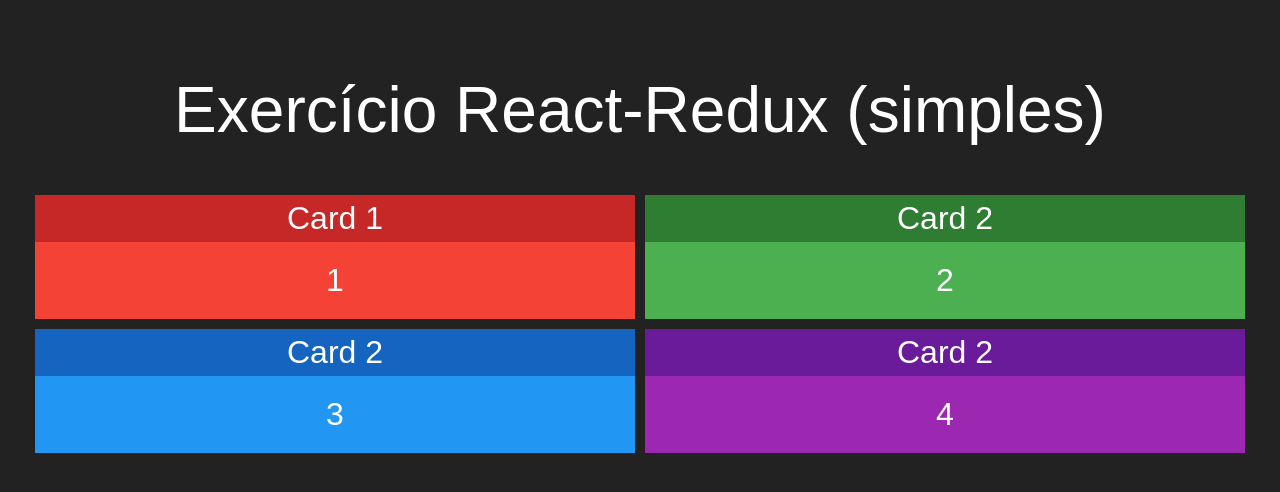
Repository: Henrique-Franca/Clear-Redux-Simples
Page: /
The author's editor kept a copy of each file at every save. The page is drawn from the files as they stood at one save, then again after the next save.
The browser window is 1280 px wide. The pictures show the whole page.
The project was rebuilt for these pictures with package versions that can differ from the ones it lists, and the page was loaded fresh each time.

Above is the page before, as saved 2022-11-22 07:39:26.

### src/index.css
body{
  background-color: #222;
  font-size: 2rem;
  font-family: Arial, Helvetica, sans-serif;
  color: #fff;
  margin: 30px;
}

### src/App.js
import './App.css';
import Card from './components/Card';
import React from 'react';

function App() {
  return (
    <div className="App">
      <h1>Exercício React-Redux (simples)</h1>

      <div className='linha'>
        <Card title="Card 1" red>
          1
        </Card>
        <Card title="Card 2" green>
          2
        </Card>
      </div>
      <div className='linha'>
        <Card title="Card 2" blue>
          3
        </Card>
        <Card title="Card 2" purple>
          4
        </Card>
      </div>
    </div>
  );
}

export default App;

### src/components/Card.jsx
import './Card.css'
import React from 'react'

function getColor(props){
    if(props.red) return "Red"
    if(props.blue) return "Blue"
    if(props.green) return "Green"
    if(props.purple) return "Purple"
    return ""
}

export default props=>{

    return (
        <div className={`Card ${getColor(props)}`}>

            <div className="Header">
                <span className='Title'>{props.title}</span>
            </div>
            <div className='Content'>
                {props.children}
            </div>

        </div>
    )

}

### src/components/Card.css
.Card {
    flex: 1;
    display: flex;
    flex-direction: column;
    margin: 5px;
}

.Card .Header {
    display: flex;
    justify-content: center;
}

.Card .Header .Title {
    flex: 1;
    padding: 5px;
}

.Card .Content {
    padding: 20px;
}

.Card.Red .Header { color: #FFF; background-color: #c62828; }
.Card.Red .Content { background-color: #f44336; }

.Card.Green .Header { color: #FFF; background-color: #2e7d32; }
.Card.Green .Content { background-color: #4caf50; }

.Card.Blue .Header { color: #FFF; background-color: #1565c0; }
.Card.Blue .Content { background-color: #2196f3; }

.Card.Purple .Header { color: #FFF; background-color: #6A1B9A; }
.Card.Purple .Content { background-color: #9c27b0; }

Loaded but not shown: public/index.html (common file); src/index.js (common file); src/reportWebVitals.js (common file); src/App.css (common file)

After the next save:
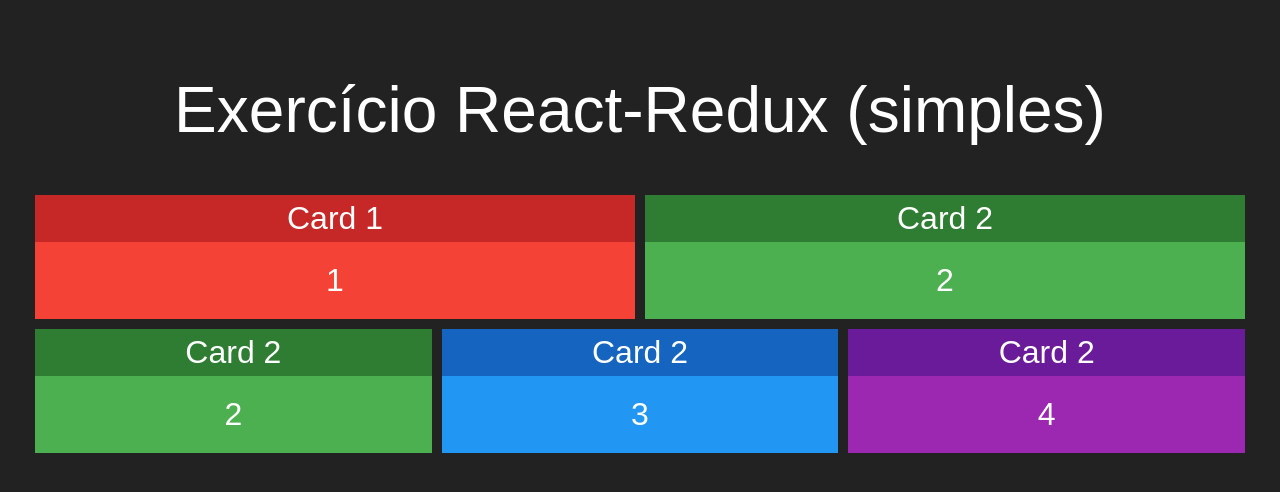
Saved 63 s later.
--- a/src/App.js
+++ b/src/App.js
@@ -16,12 +16,9 @@ function App() {
         </Card>
       </div>
       <div className='linha'>
-        <Card title="Card 2" blue>
-          3
-        </Card>
-        <Card title="Card 2" purple>
-          4
-        </Card>
+        <Card title="Card 2" green>2</Card>
+        <Card title="Card 2" blue>3</Card>
+        <Card title="Card 2" purple>4</Card>
       </div>
     </div>
   );
